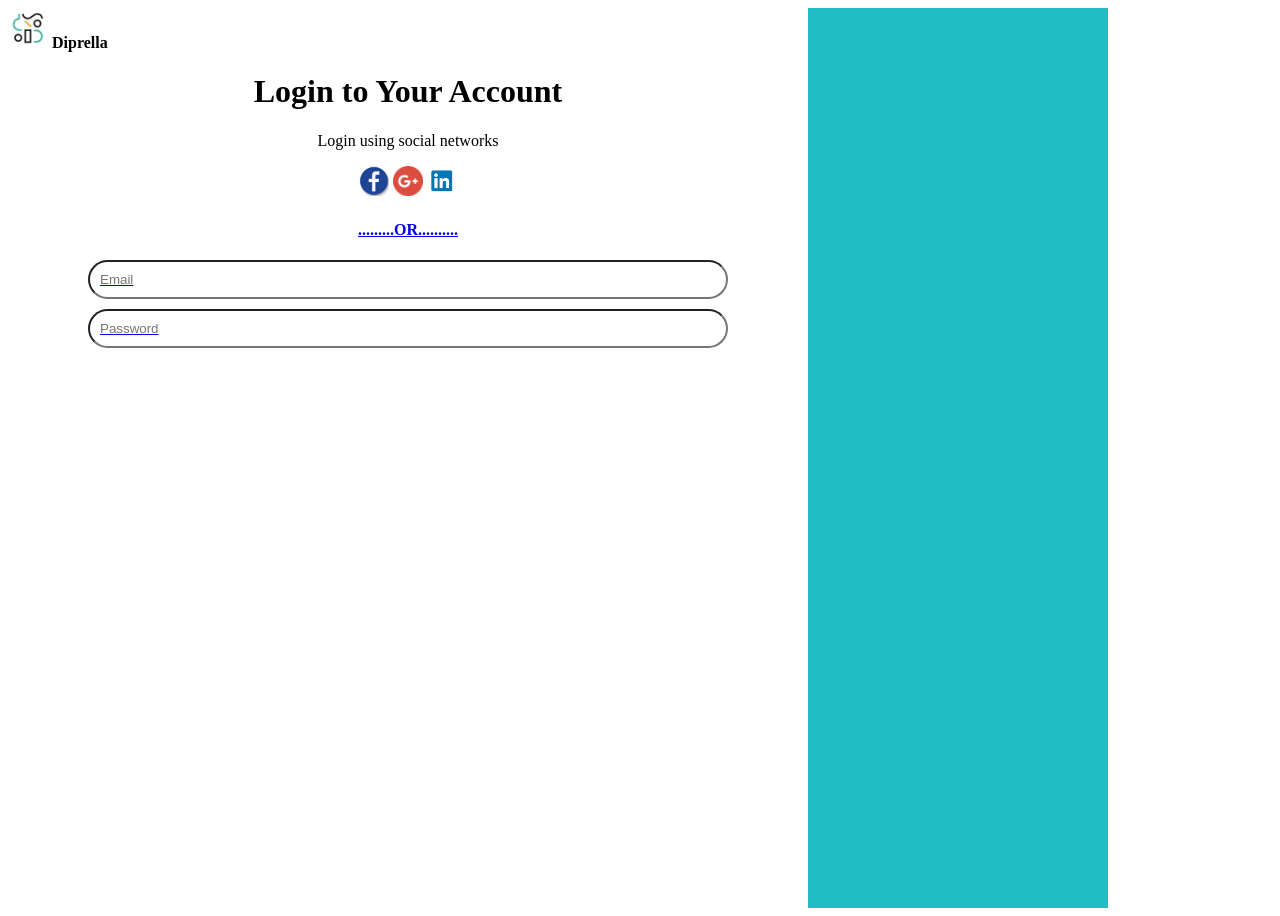
Repository: Tobby004/bdc-assignment-3
Page: task.html
These files come from the project's save history. The page is drawn as it stood at one moment and after the next save; the edit follows.
The browser window is 1280 px wide. The pictures show the whole page.

Above is the page before, as saved 2023-02-21 23:39:21.

After the next save:
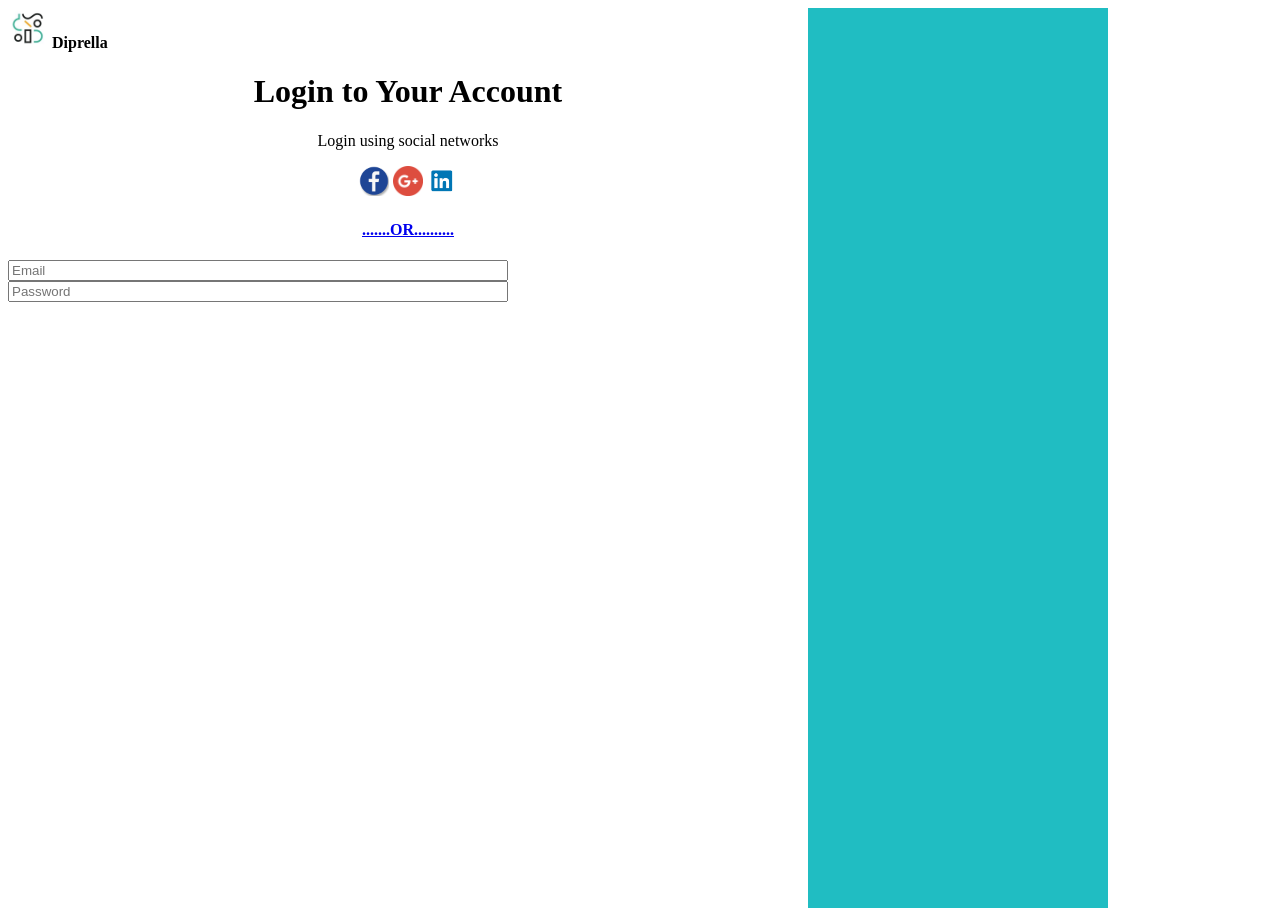
Saved 18 min 35 s later.
--- a/task.html
+++ b/task.html
@@ -19,10 +19,10 @@
         <a href="#"><img src="googe plus.png"</a>
         <a href="#"><img src="linkedin.png"</a>
         </div>
-        <div class="form-input">
-            <h4>.........OR..........</h4>
-            <input type="text" placeholder="Email">
-            <input type="Password" placeholder="Password">
+        <h4>.......OR..........</h4>
+        <div class="form">
+         <input type="text" placeholder="Email">
+        <input type="Password" placeholder="Password">
         </div>
         </div>
         <div class="box2"></div>
--- a/task.css
+++ b/task.css
@@ -34,12 +34,11 @@ div .logo {
 h4 {
     text-align: center;
 }
+.box1 input {
+max-width: 500px;
+width: 100%;
+margin-left: auto;
+margin-right: auto;
+
+}
 input {
-    display: flex;
-    width: 80%;
-    padding: 10px;
-    margin-left: auto;
-    margin-right: auto;
-    margin-top: 10px;
-    border-radius: 20px;
-}
